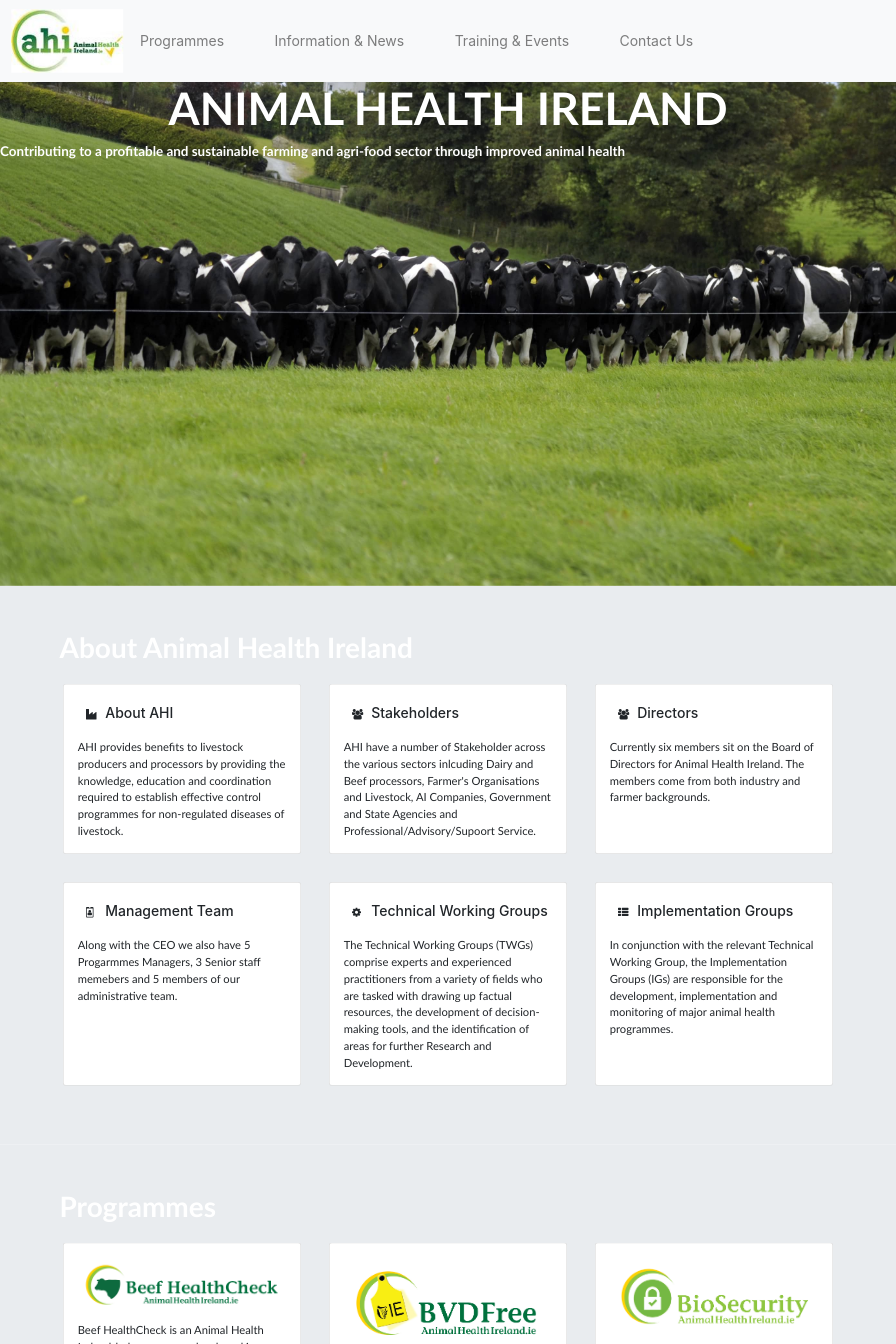
Repository: lisaannbyrne1/MilestoneProject1
Page: index.html
The author's editor kept a record of every edit. The page is drawn from the files as they stood at one moment, then again after the next edit.
The browser window is 1280 px wide. The pictures show the part of the page from y = 0 to 1920 px (the page is 4052 px tall), at 70% of full size.
Backgrounds fixed to the window are drawn as part of the page.

Above is the page before.

After the next edit:
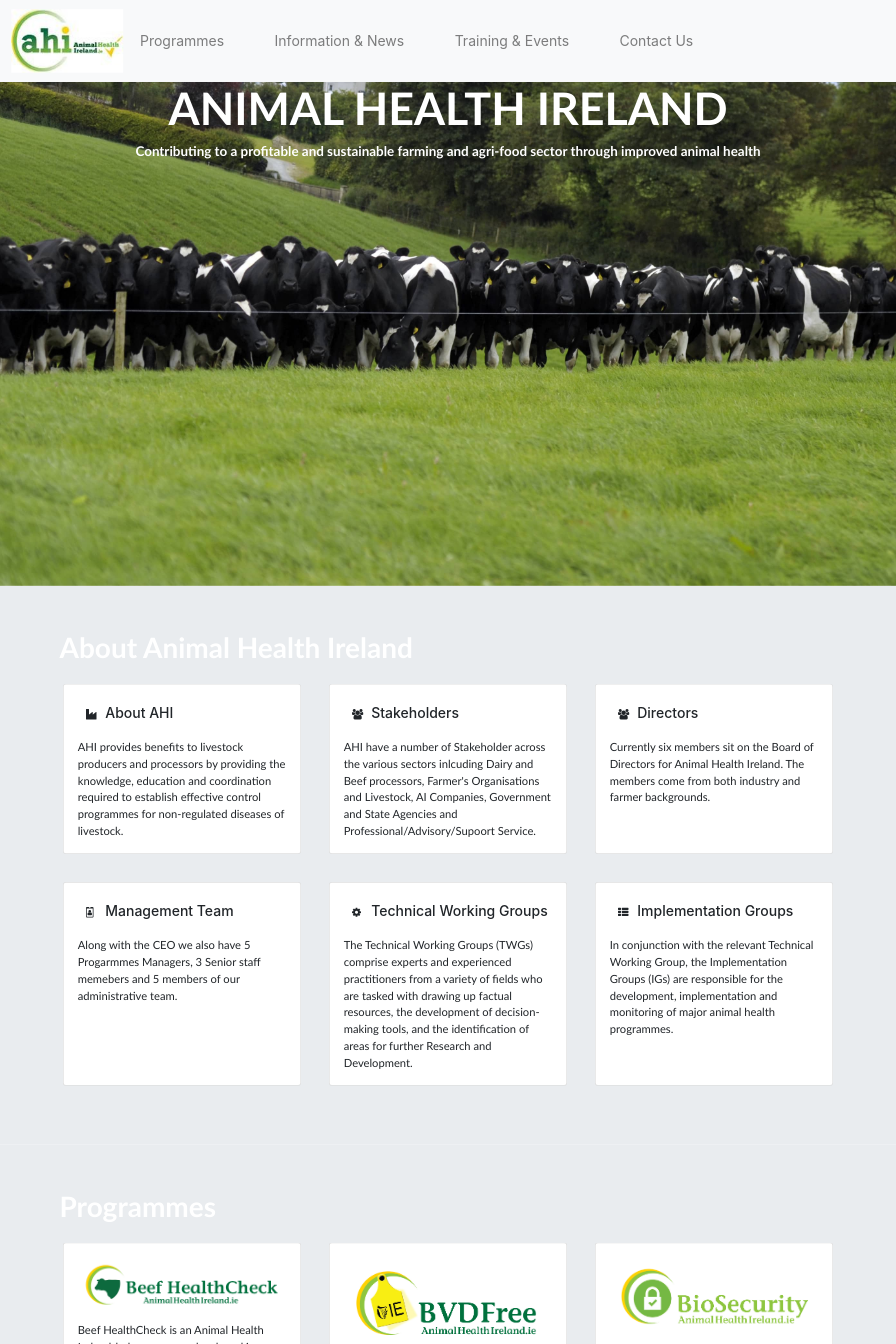
The edit:
--- a/assets/css/style.css
+++ b/assets/css/style.css
@@ -32,9 +32,7 @@
     color: #fff;
     font-family: Calibri, Helvetica, sans-serif;
     font-size: 1.2rem;
-    text-align: left;
-
-    font-weight: 900;
+     font-weight: 900;
 
 }
 
